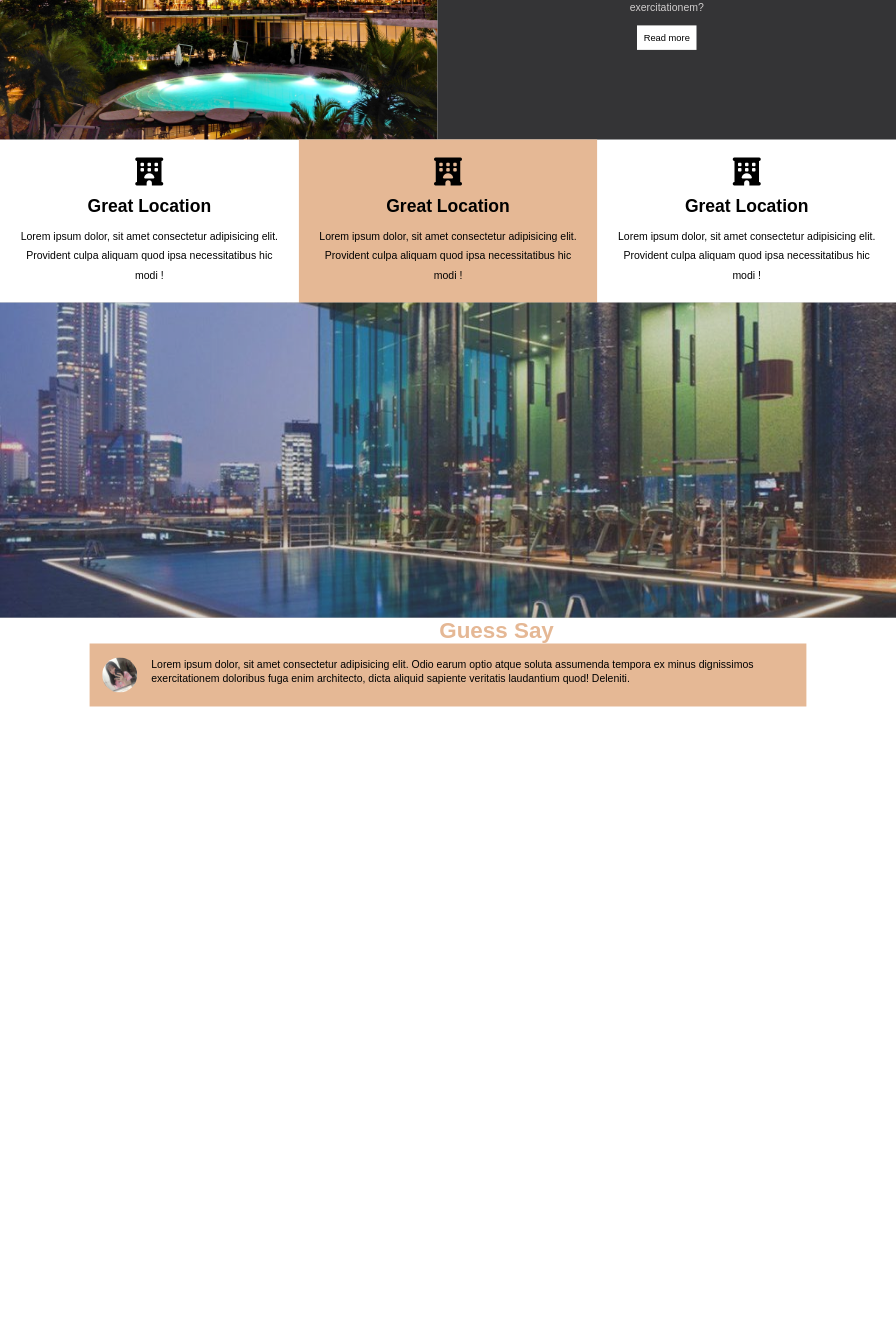
Repository: Ngoc28/HTML-CSS
Page: aleHoltel/index.html
The author's editor kept a copy of each file at every save. The page is drawn from the files as they stood at one save, then again after the next save.
The browser window is 1280 px wide. The pictures show the part of the page from y = 855 to 2775 px (the page is 5055 px tall), at 70% of full size.

Above is the page before, as saved 2023-08-06 09:17:29.

### aleHoltel/index.html
<!DOCTYPE html>
<html lang="en">
<head>
    <meta charset="UTF-8">
    <meta name="viewport" content="width=device-width, initial-scale=1.0">
    <title>Ale Hotel</title>
    <link rel="stylesheet" href="./style.css">
    <link rel="stylesheet" href="https://cdnjs.cloudflare.com/ajax/libs/font-awesome/6.4.2/css/all.min.css" integrity="sha512-z3gLpd7yknf1YoNbCzqRKc4qyor8gaKU1qmn+CShxbuBusANI9QpRohGBreCFkKxLhei6S9CQXFEbbKuqLg0DA==" crossorigin="anonymous" referrerpolicy="no-referrer" />
</head>
<body>
    <header>
        <div class="header-logo">
            <h1 class="heading ">Ale<span>Hotel</span></h1>
        </div>
        <nav class="header-nav">
            <ul class="nav-link">
                <li class="nav-item"><a href="">Home</a></li>
                <li class="nav-item"><a href="">About</a></li>
                <li class="nav-item"><a href="">Contact</a></li>
            </ul>
        </nav>
    </header>
    <main>
        <div class="container">
            <div class="about">
                <div class="about-img">
                    <img src="./img/banner1.jpg" alt="About us" height="550px" width="100%">
                </div>
                <div class="about-introduce">
                    <h1 class="about-heading">Enjoy<span>Your Stay</span></h1>
                    <p class="about-text">
                        Lorem ipsum dolor sit amet consectetur adipisicing elit. Blanditiis, autem recusandae ab nam, iste perferendis minima nemo, voluptas tempora voluptatum numquam tenetur. Non ipsam placeat asperiores eaque et magnam exercitationem?
                        Lorem ipsum dolor sit amet consectetur adipisicing elit. Blanditiis, autem recusandae ab nam, iste perferendis minima nemo, voluptas tempora voluptatum numquam tenetur. Non ipsam placeat asperiores eaque et magnam exercitationem?
                    </p>
                    <button class="about-btn">About your hotel</button>
                </div>
            </div>
            <!-- history -->
            <div class="history">
                <div class="history-img">
                    <img src="./img/banner2.jpg" alt="">
                </div>
                <div class="myHistory">
                    <h1 class="myHistory-heading">The History<span>My Hotel</span></h1>
                    <p class="myHistory-text">
                        Lorem ipsum dolor sit amet consectetur adipisicing elit. Blanditiis, autem recusandae ab nam, iste perferendis minima nemo, voluptas tempora voluptatum numquam tenetur. Non ipsam placeat asperiores eaque et magnam exercitationem?
                        Lorem ipsum dolor sit amet consectetur adipisicing elit. Blanditiis, autem recusandae ab nam, iste perferendis minima nemo, voluptas tempora voluptatum numquam tenetur. Non ipsam placeat asperiores eaque et magnam exercitationem?
                    </p>
                    <button class="myHistory-btn">Read more</button>
                </div>
            </div>
            <!-- location -->
            <div class="location">
                <div class="location-item">
                    <div class="location-icon">
                        <i class="fa-solid fa-hotel"></i>
                    </div>
                    <div class="location-heading">
                        <h1 class="location-title">
                            Great Location
                        </h1>
                    </div>
                    <div class="location-text">
                        <p>Lorem ipsum dolor, sit amet consectetur adipisicing elit. Provident culpa aliquam quod ipsa necessitatibus hic modi !</p>
                    </div>
                </div>
                <div class="location-item">
                    <div class="location-icon">
                        <i class="fa-solid fa-hotel"></i>
                    </div>
                    <div class="location-heading">
                        <h1 class="location-title">
                            Great Location
                        </h1>
                    </div>
                    <div class="location-text">
                        <p>Lorem ipsum dolor, sit amet consectetur adipisicing elit. Provident culpa aliquam quod ipsa necessitatibus hic modi !</p>
                    </div>
                </div>
                <div class="location-item">
                    <div class="location-icon">
                        <i class="fa-solid fa-hotel"></i>
                    </div>
                    <div class="location-heading">
                        <h1 class="location-title">
                            Great Location
                        </h1>
                    </div>
                    <div class="location-text">
                        <p>Lorem ipsum dolor, sit amet consectetur adipisicing elit. Provident culpa aliquam quod ipsa necessitatibus hic modi !</p>
                    </div>
                </div>
            </div>
            <!-- comment -->
            <div class="comment">
                <div class="comment-img">
                    <img src="./img/background-img.jpg" alt="" width="100%" height="450px">
                </div>
                <div class="comment-block">
                    <div class="comment-title">
                        <h1 class="comment-heading">What our<span>Guess Say</span></h1>
                    </div>
                    <div class="comment-user">
                        <img src="./img//user.jpg" alt="user" class="user-img" width="50px" height="50px">
                        <p class="user-text">Lorem ipsum dolor, sit amet consectetur adipisicing elit. Odio earum optio atque soluta assumenda tempora ex minus dignissimos exercitationem doloribus fuga enim architecto, dicta aliquid sapiente veritatis laudantium quod! Deleniti.</p>
                    </div>
                </div>
            </div>
        </div>
    </main>
</body>
</html>

### aleHoltel/style.css
*{
    margin: 0;
    padding: 0;
    box-sizing: border-box;
}

:root {
    --main-color: #e5b895;
    --white-color: #fff;
    --main-background:#343436;
    --text-color:#d1cece;
    --hover-color:#bd0a0a;
}

body {
    font-family:Arial, Helvetica, sans-serif;
}

header {
    position: fixed;
    z-index: 100;
    width: 100%;
    display: flex;
    justify-content: space-between;
    align-items: center;
    background-color: var(--main-background);
    height: 55px;
}

.header-logo {

}

.header-logo > .heading {
    padding: 15px 40px;
    font-size: 20px;
    color: var(--main-color);
}

.heading span {
    color: var(--white-color);
    padding-left: 3px;
}

.header-nav {
    display: block;
}

.nav-link {
    display: flex;
}

.nav-item {
    display: block;
}

.nav-item a {
    padding: 0 20px;
    color: var(--white-color);
    text-decoration: none;
    display: block;
    line-height: 55px;
}

.nav-item a:hover {
    background: var(--hover-color);
}

/* Container */
main {
    padding-top: 55px;

}

.container {
    min-height: 5000px;
}

.about {

}

.about-img {
    position: relative;
    top: 0;
    left: 0;
    right: 0;
    background: rgba(0, 0, 0, 0.7);

}

.about-img img {
    display: block;
    opacity: .8;
    /* bottom: 53px; */
    object-fit: cover;
}


.about-introduce {
    position: absolute;
    top: 30%;
    left: 0;
    right: 0;
    bottom: 0;
    margin: 0 auto;
    width: 60%;
    text-align: center;

}

.about-heading {
    color: var(--main-color);
    font-size: 28px;
    font-weight: 600;
}

.about-heading span {
    color: #fff;
    padding-left: 5px;
}

.about-text {
    padding: 20px 0;
    font-size: 15px;
    color: var(--text-color);
    line-height: 20px;
}

.about-btn {
    background: var(--main-background);
    color: var(--text-color);
    padding: 8px;
    font-size: 17px;
    border: none;
    cursor: pointer;
}

.about-btn:hover {
    background-color: var(--hover-color);
    color: var(--white-color);
    transition: ease .4;
}

/* history */

.history {
    display: flex;
    height: 100%;
}

.history-img {
    flex: 1;
}

.history-img img {
    width: 100%;
    height: 450px;
    object-fit: cover;
    display: block;
}

.myHistory {
    flex: 1;
    height: 450px;
    text-align: center;
    padding: 100px 15px 40px 15px;
    background: var(--main-background);
}


.myHistory-heading {
    color: var(--main-color);
}

.myHistory-heading span {
    padding-left: 5px;
    color: var(--white-color);
}

.myHistory-text {
    color: var(--text-color);
    margin-top: 15px;
    font-size: 15px;
    line-height: 20px;
}

.myHistory-btn {
    border: none;
    background-color: var(--white-color);
    color: #000;
    padding: 10px;
    margin-top: 15px;
}

.myHistory-btn:hover {
    background-color: var(--hover-color);
    color: var(--white-color);
}

/* Location */
.location {
    display: flex;
}

.location-item {
    flex: 1;
    text-align: center;
    padding: 25px;
}

.location-item:nth-child(2) {
    background: var(--main-color);
}

.location-icon i {
    font-size: 40px;
    margin-bottom: 15px;
}

.location-heading h1 {
    font-size: 25px;
    font-weight: 600;
    margin-bottom: 15px;
}

.location-text {
    font-size: 15px;
    line-height: 28px;
}

/* Comment */
.comment {

}

.comment-img {
    position: relative;
    background: rgba(0, 0, 0, 0.5);
}

.comment-img img {
    object-fit: cover;
    display: block;
    opacity: .7;
}

.comment-title {
    text-align: center;
}

.comment-title .comment-heading {
    color: var(--white-color);
}

.comment-heading > span {
    color: var(--main-color);
}

.comment-block {
    width: 80%;
    margin: 0 auto;
}

.comment-user {
    display: flex;
    background: var(--main-color);
    padding: 20px 18px;
}

.comment-user img {
    object-fit: cover;
    display: block;
    border-radius: 50%;
    margin-right: 20px;
}

.comment-user > p {
    font-size: 15px;
    line-height: 20px;
}

After the next save:
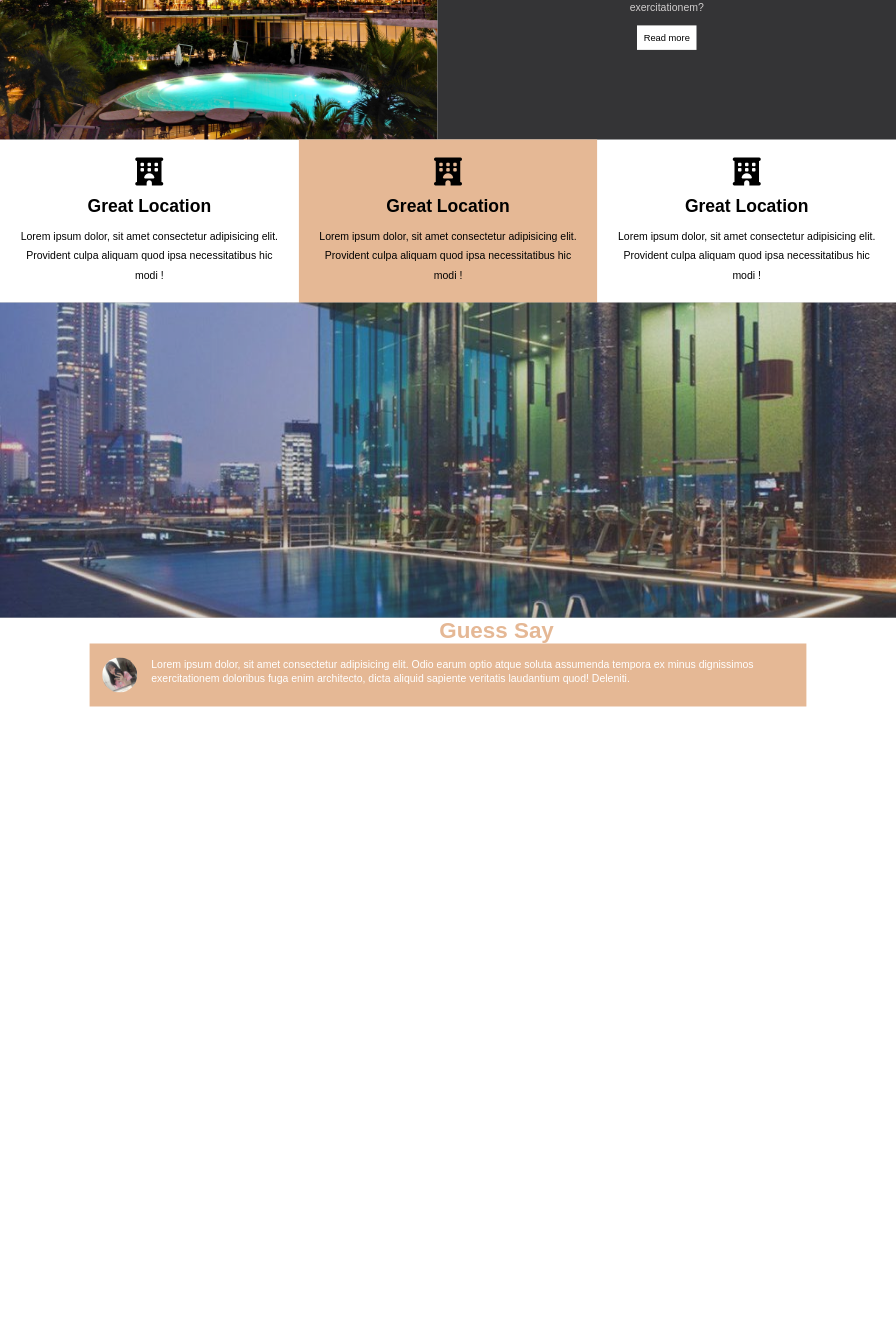
Saved 20 s later.
--- a/aleHoltel/style.css
+++ b/aleHoltel/style.css
@@ -278,4 +278,5 @@ main {
 .comment-user > p {
     font-size: 15px;
     line-height: 20px;
-}
+    color: var(--white-color);
+}
